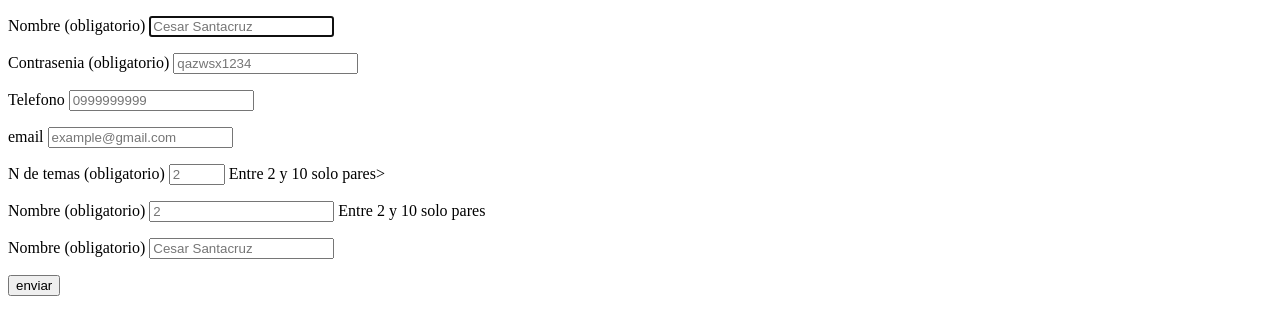
Repository: cesarsant0203/My_Study
Page: Introducción al desarrollo web/formulario.html
The author's editor kept a copy of each file at every save. The page is drawn from the files as they stood at one save, then again after the next save.
The browser window is 1280 px wide. The pictures show the whole page.

Above is the page before, as saved 2020-04-27 19:27:28.

After the next save:
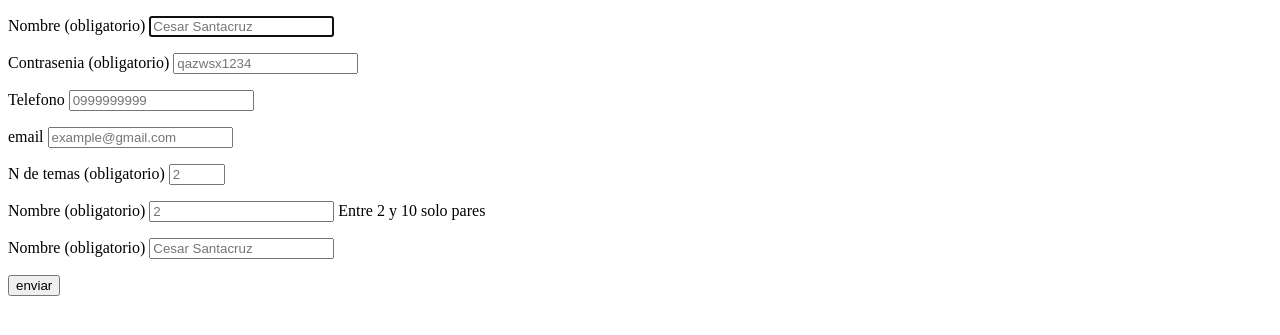
Saved 4 s later.
--- a/Introducción al desarrollo web/formulario.html
+++ b/Introducción al desarrollo web/formulario.html
@@ -41,7 +41,7 @@
             <label for="numberexample"> N de temas (obligatorio)</label>
             <input type="number" name="numberexample" id="numberexample"
             placeholder="2"
-            min="2" max="10" step="2">
+            min="2" max="10" step="2"
             Entre 2 y 10 solo pares>
         </p>
         <p>

After the 2 saves that followed:
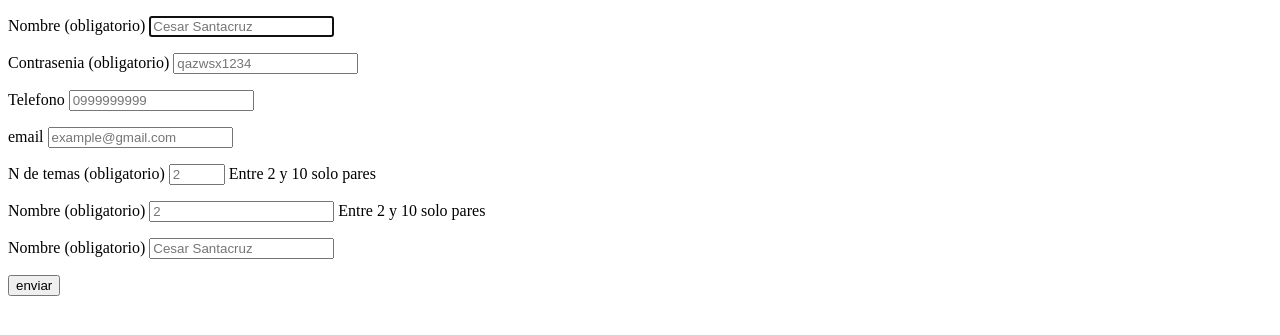
The 2 saves are shown as one change because they came seconds apart.
The last was saved 9 s later.
--- a/Introducción al desarrollo web/formulario.html
+++ b/Introducción al desarrollo web/formulario.html
@@ -41,8 +41,8 @@
             <label for="numberexample"> N de temas (obligatorio)</label>
             <input type="number" name="numberexample" id="numberexample"
             placeholder="2"
-            min="2" max="10" step="2"
-            Entre 2 y 10 solo pares>
+            min="2" max="10" step="2">
+            Entre 2 y 10 solo pares
         </p>
         <p>
             <label for=""> Nombre (obligatorio)</label>
